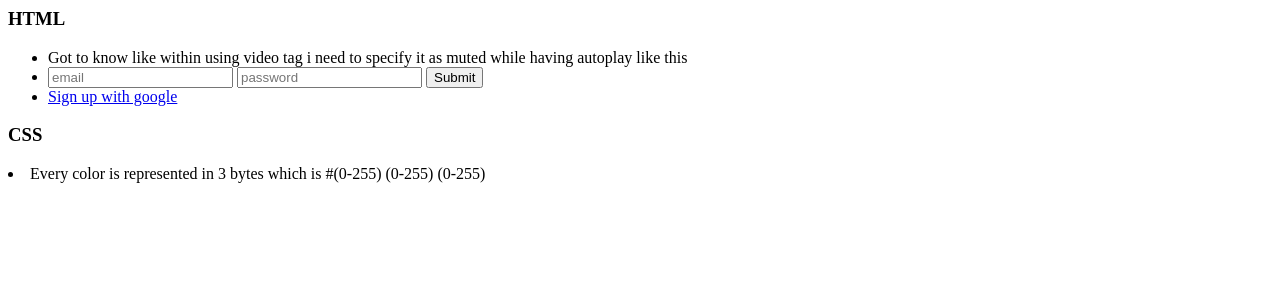
Repository: RohanSai22/harkirat-cohort-learnings
Page: Web/w1.html
An editor plug-in stored every save of this project. The page is shown before and after the next save, followed by the edit.
The browser window is 1280 px wide. The pictures show the whole page.

Above is the page before, as saved 2026-03-24 03:00:14.

After the next save:
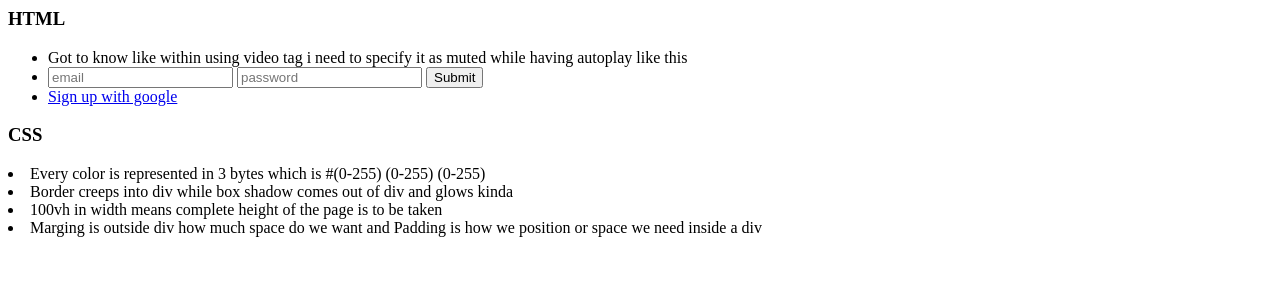
Saved 15 min 27 s later.
--- a/Web/w1.html
+++ b/Web/w1.html
@@ -22,5 +22,14 @@
         <li>
             Every color is represented in 3 bytes which is #(0-255) (0-255) (0-255)
         </li>
+        <li>
+            Border creeps into div while box shadow comes out of div and glows kinda
+        </li>
+        <li>
+            100vh in width means complete height of the page is to be taken
+        </li>
+        <li>
+            Marging is outside div how much space do we want and Padding is how we position or space we need inside a div
+        </li>
     </body>
 </html>
